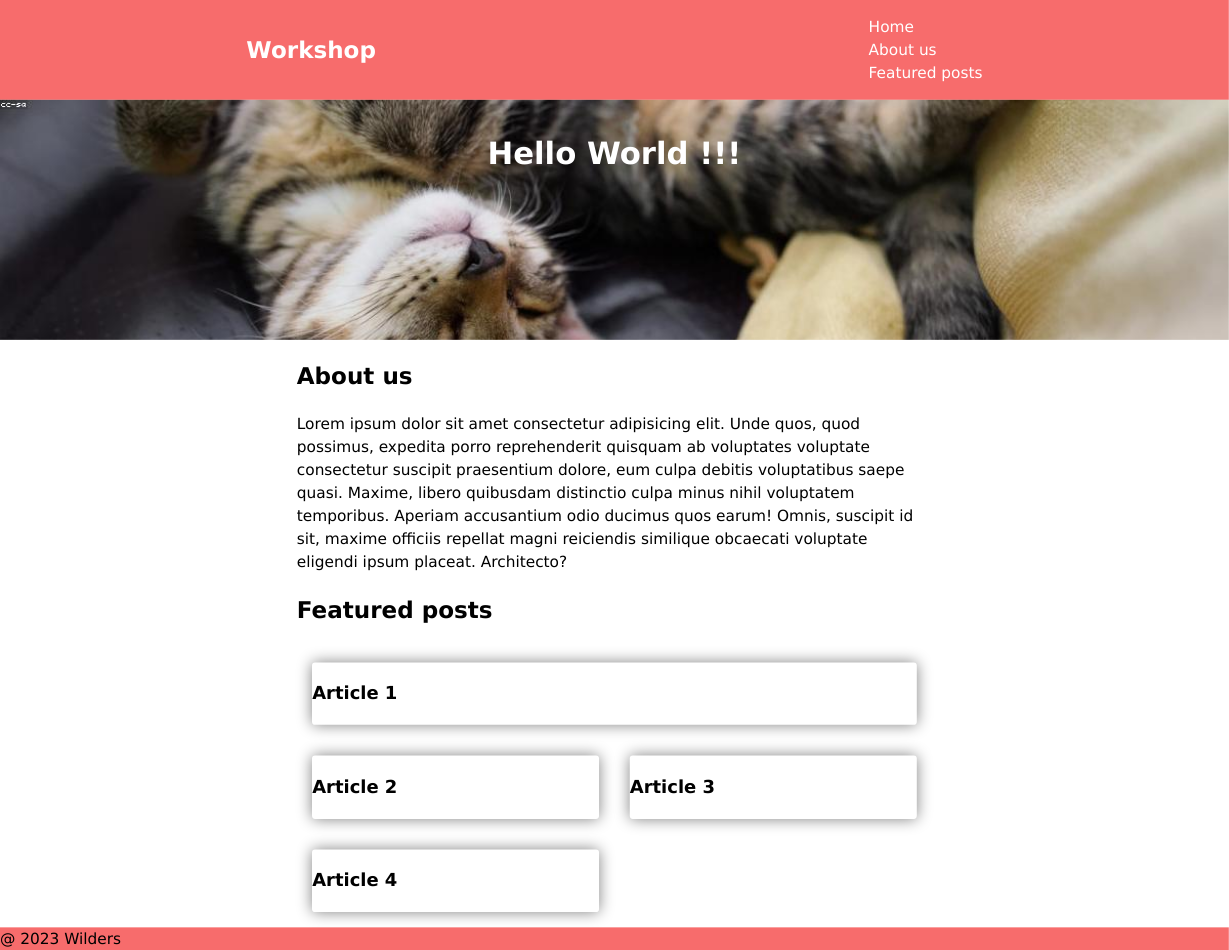
Repository: PPaillard/cssresponsive
Page: index.html
The author's editor kept a copy of each file at every save. The page is drawn from the files as they stood at one save, then again after the next save.
The browser window is 1280 px wide. The pictures show the whole page, at 96% of full size.

Above is the page before, as saved 2023-03-03 14:16:49.

### index.html
<!DOCTYPE html>
<html lang="en">
  <head>
    <meta charset="UTF-8" />
    <meta http-equiv="X-UA-Compatible" content="IE=edge" />
    <meta name="viewport" content="width=device-width, initial-scale=1.0" />
    <title>Document</title>
    <link rel="stylesheet" href="style.css" />
  </head>
  <body>
    <nav>
      <h2>Workshop</h2>
      <ul>
        <li><a href="#home">Home</a></li>
        <li><a href="#aboutus">About us</a></li>
        <li><a href="#featuredposts">Featured posts</a></li>
      </ul>
    </nav>
    <header>
      <h1>Hello World !!!</h1>
    </header>
    <main>
      <section>
        <h2>About us</h2>
        <p>
          Lorem ipsum dolor sit amet consectetur adipisicing elit. Unde quos,
          quod possimus, expedita porro reprehenderit quisquam ab voluptates
          voluptate consectetur suscipit praesentium dolore, eum culpa debitis
          voluptatibus saepe quasi. Maxime, libero quibusdam distinctio culpa
          minus nihil voluptatem temporibus. Aperiam accusantium odio ducimus
          quos earum! Omnis, suscipit id sit, maxime officiis repellat magni
          reiciendis similique obcaecati voluptate eligendi ipsum placeat.
          Architecto?
        </p>
      </section>
      <section id="featured-posts">
        <h2>Featured posts</h2>
        <div>
          <article><h1>Article 1</h1></article>
          <article><h1>Article 2</h1></article>
          <article><h1>Article 3</h1></article>
          <article><h1>Article 4</h1></article>
        </div>
      </section>
    </main>
    <footer>@ 2023 Wilders</footer>
  </body>
</html>

### style.css
* {
  box-sizing: border-box;
}

body {
  margin: 0;
  line-height: 1.5;
  font-family: Verdana, Geneva, Tahoma, sans-serif;
}

/* Navigation */
nav {
  display: flex;
  justify-content: space-around;
  align-items: center;
  background-color: #f76c6c;
  color: #ffffff;
}

nav > h2 {
  margin: 0;
}

nav ul {
  margin: 0;
  padding: 1rem 0;
}

nav ul li {
  list-style: none;
}

nav ul li a {
  color: white;
  text-decoration: none;
}
/* fin de navigation */
/* header */

header {
  min-height: 250px;
  text-align: center;
  background-image: url("65535_52214085447_ec2bf04bd7_h_1200_300_nofilter.jpg");
  background-repeat: no-repeat;
  background-size: cover;
}
header h1 {
  color: white;
  margin: 0;
  padding-top: 2rem;
}

section {
  margin: 0 auto;
  max-width: 65ch;
}

section article {
  display: inline-block;
  margin: 1rem;
  border-radius: 0.2rem;
  box-shadow: 0 0 1rem grey;
}

#featured-posts > div {
  display: grid;
  grid-template-columns: 1fr 1fr;
}

#featured-posts > div > article:first-of-type {
  grid-column: 1/3;
}

footer {
  background-color: #f76c6c;
}

After the next save:
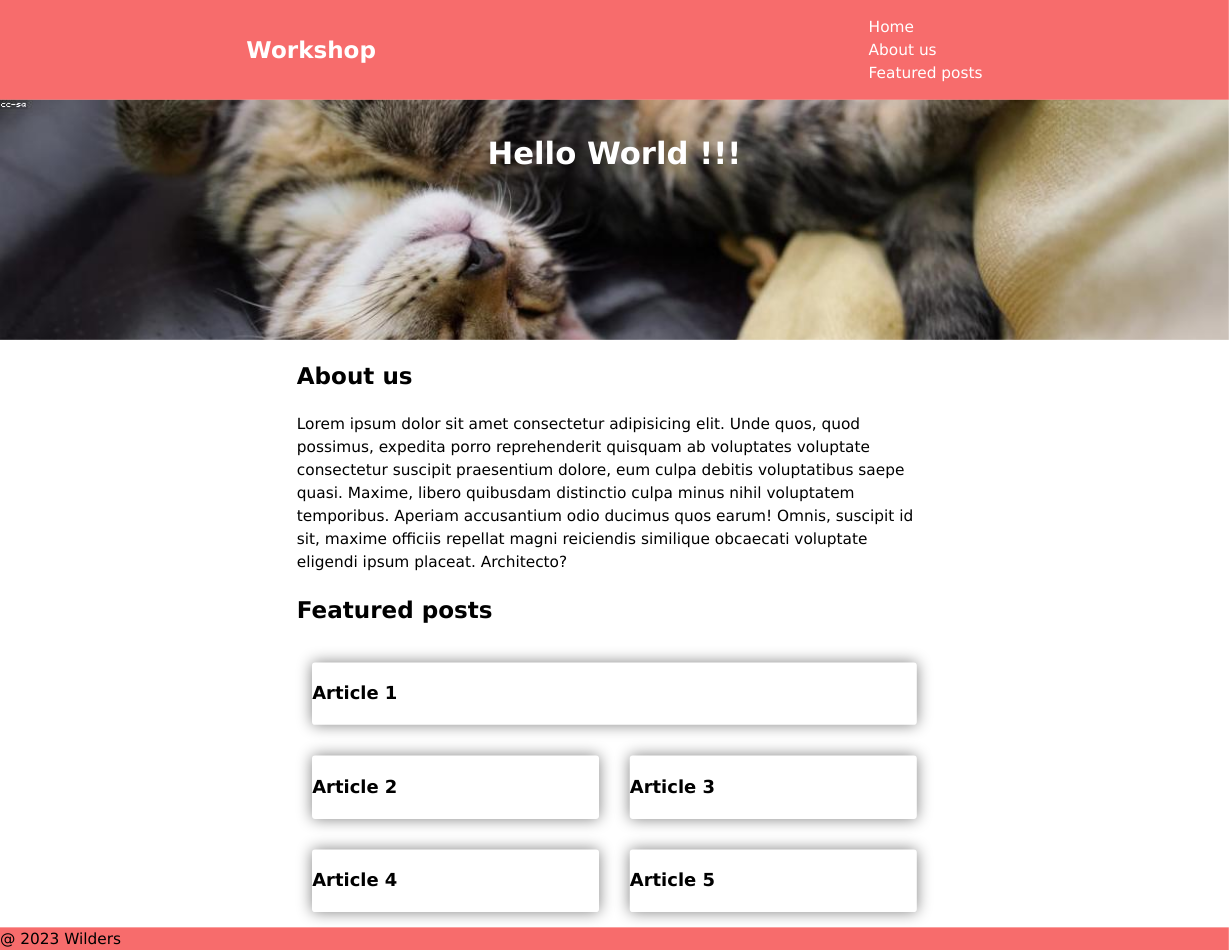
Saved 51 s later.
--- a/index.html
+++ b/index.html
@@ -40,6 +40,7 @@
           <article><h1>Article 2</h1></article>
           <article><h1>Article 3</h1></article>
           <article><h1>Article 4</h1></article>
+          <article><h1>Article 5</h1></article>
         </div>
       </section>
     </main>
